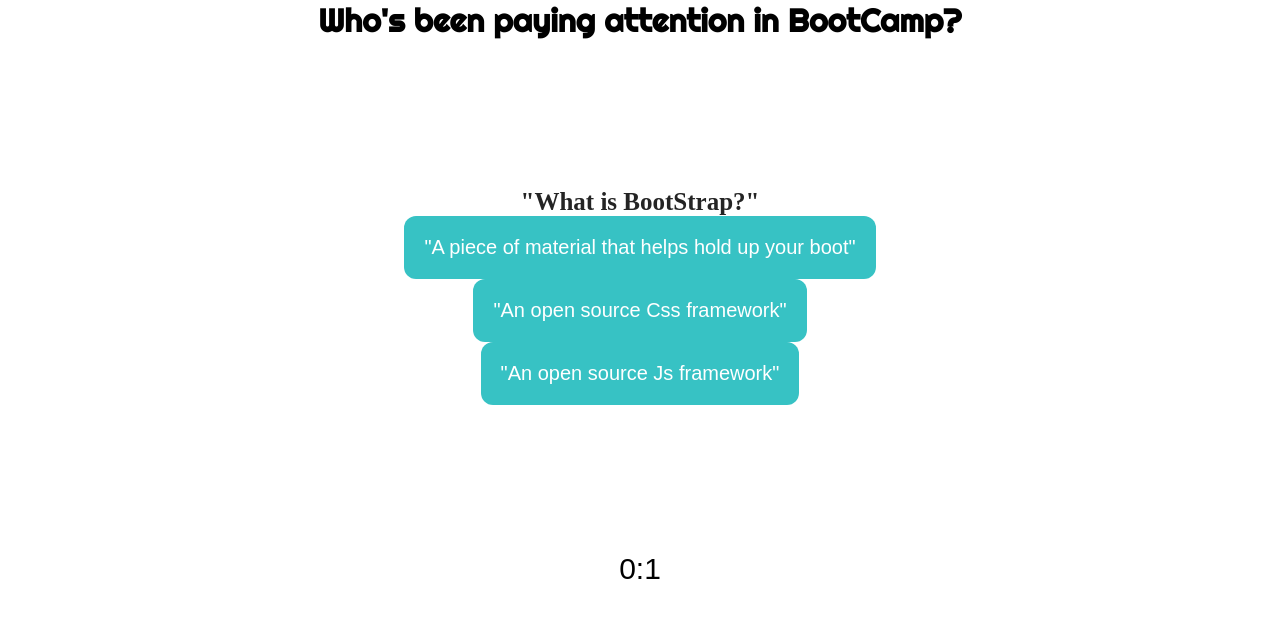
Repository: kkyler24/Quizlet
Page: Quiz.html
An editor plug-in stored every save of this project. The page is shown before and after the next save, followed by the edit.
The browser window is 1280 px wide. The pictures show the whole page.
After loading, the first visible `input.startButton` was clicked once.
Some web libraries are served in a nearby version.

Above is the page before, as saved 2020-03-31 16:09:44.

After the next save:
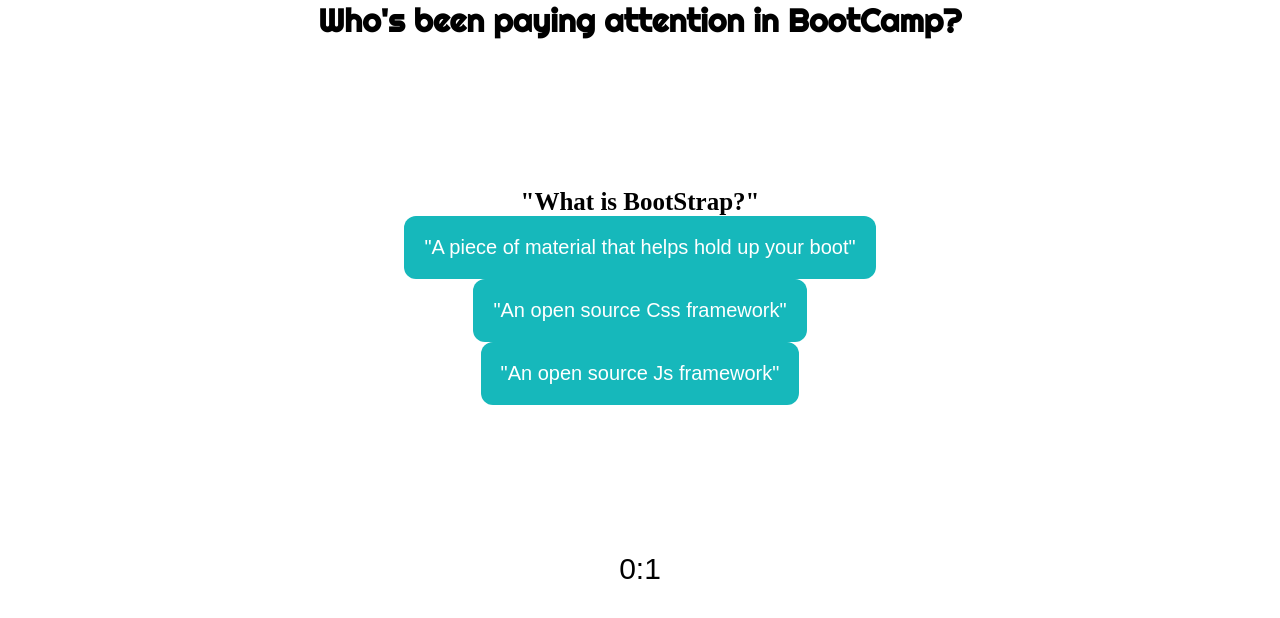
Saved 8 s later.
--- a/DevOpsFiles/Java.js
+++ b/DevOpsFiles/Java.js
@@ -76,7 +76,7 @@
 });
 
 $(".startButton").on("click", function () {
-  $("#questionBoxOne").fadeIn(2000, function () {
+  $("#questionBoxOne").fadeIn(1500, function () {
   })
 });
 
